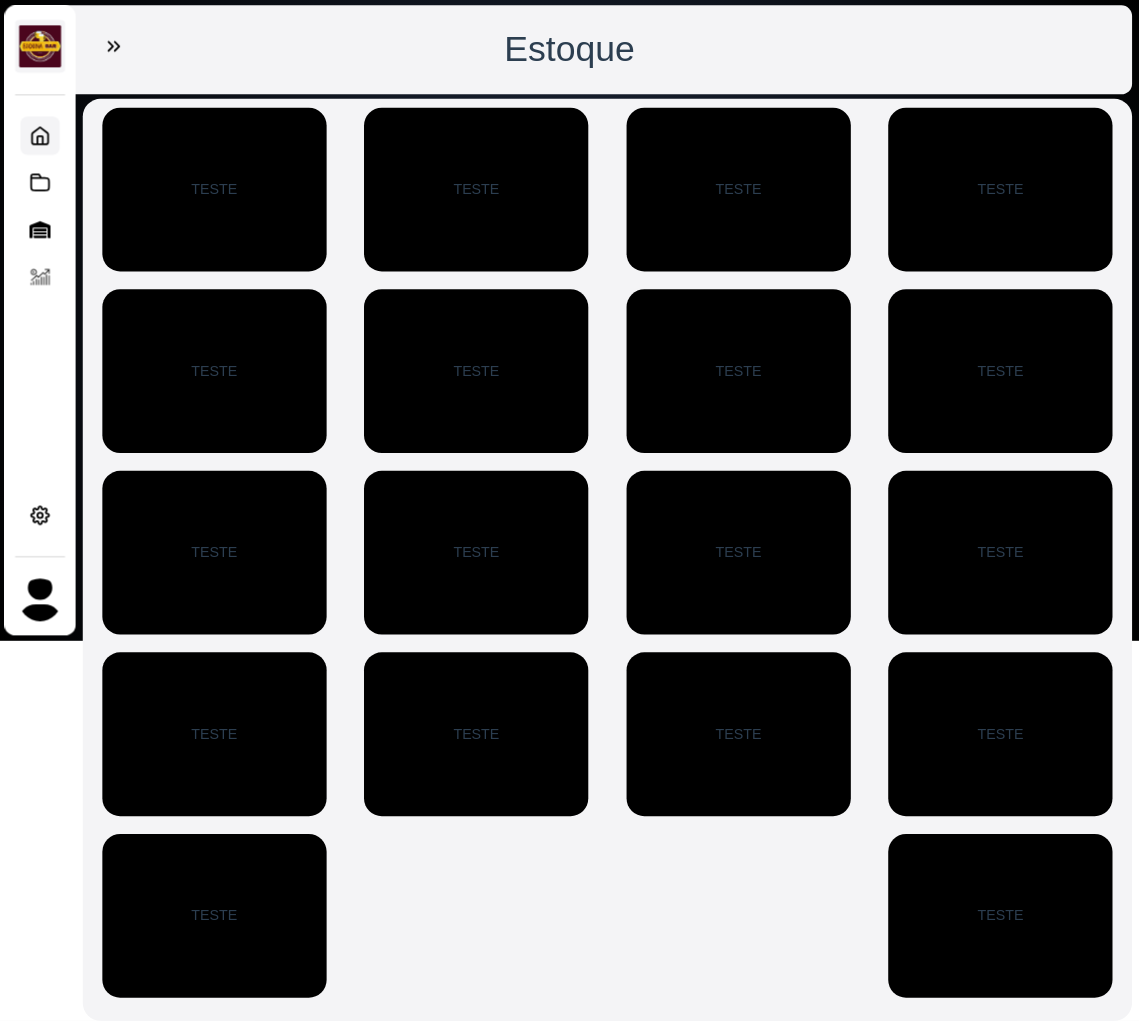
Repository: jazaoo13/Projeto_Oficina_Integracao
Page: / (app in Aplicacao_vue/)
These files come from the project's save history. The page is drawn as it stood at one moment and after the next save; the edit follows.
The browser window is 1280 px wide. The pictures show the whole page, at 89% of full size.
The page's requests for data from a server got no answer. The project was rebuilt for these pictures with package versions that can differ from the ones it lists, and the page was loaded fresh each time. No one was signed in, and anything a server would have sent is missing. Also part of the build but not shown: Aplicacao_vue/vue.config.js, Aplicacao_vue/src/View/jazao.vue.

Above is the page before, as saved 2023-11-19 16:34:33.

After the next save:
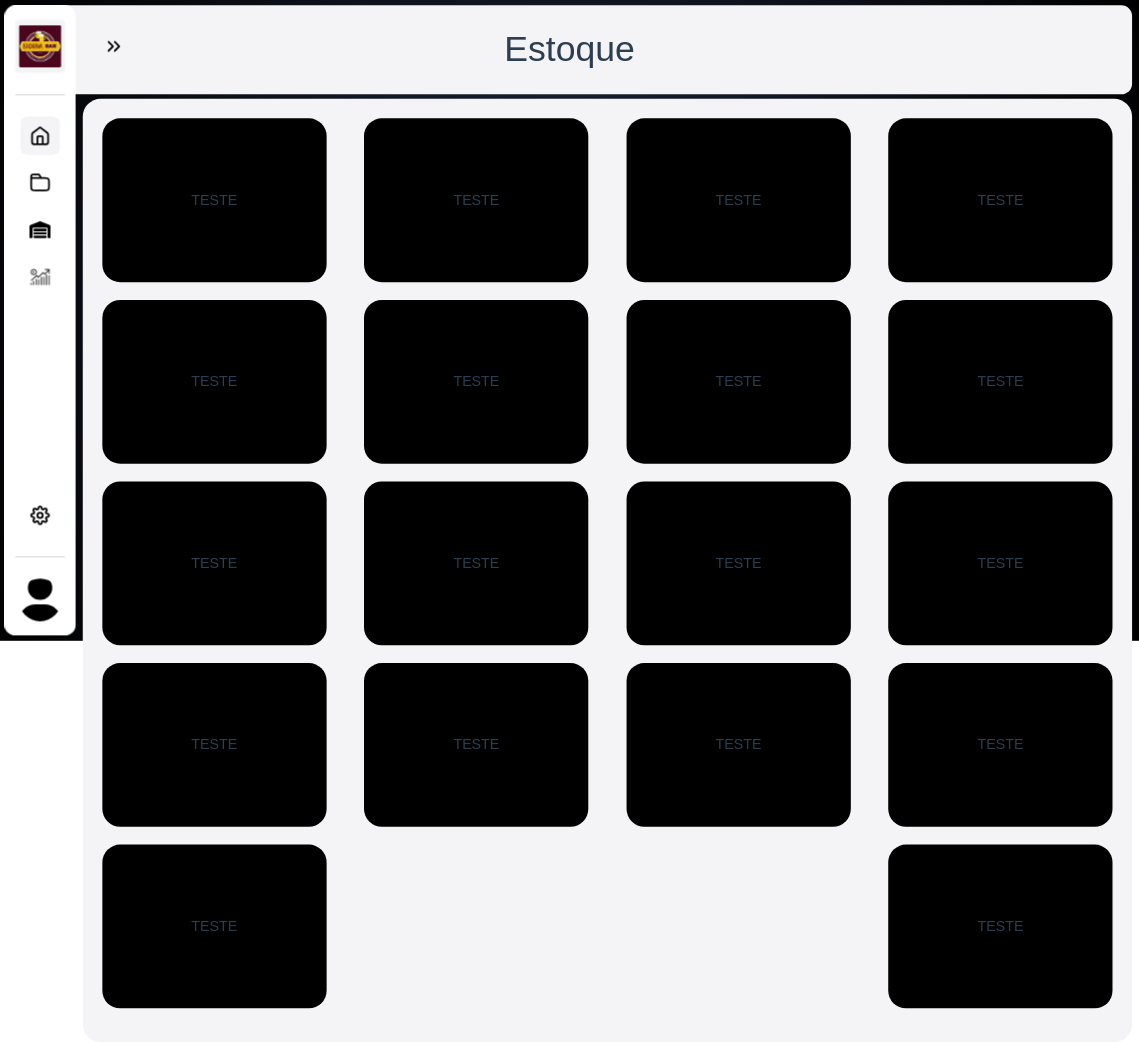
Saved 108 s later.
--- a/Aplicacao_vue/src/components/EstoqueView.vue
+++ b/Aplicacao_vue/src/components/EstoqueView.vue
@@ -64,5 +64,7 @@
     justify-content: space-between;
     flex-wrap: wrap;
     flex-grow: 2;
+    padding-top: 12px;
+    padding-bottom: 12px;
 }
 </style>

After the save that followed:
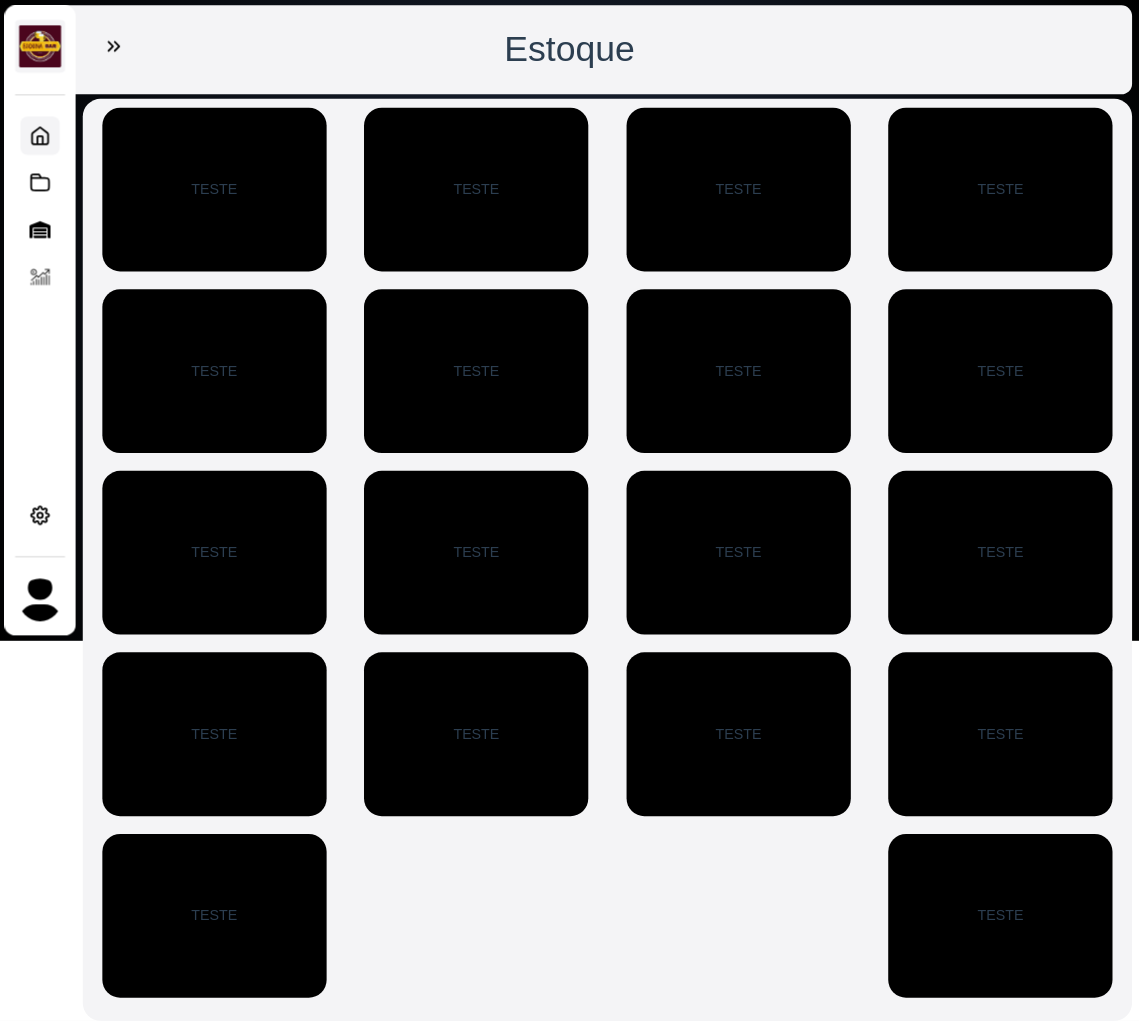
Saved 26 s later.
--- a/Aplicacao_vue/src/components/EstoqueView.vue
+++ b/Aplicacao_vue/src/components/EstoqueView.vue
@@ -64,7 +64,5 @@
     justify-content: space-between;
     flex-wrap: wrap;
     flex-grow: 2;
-    padding-top: 12px;
-    padding-bottom: 12px;
 }
 </style>
